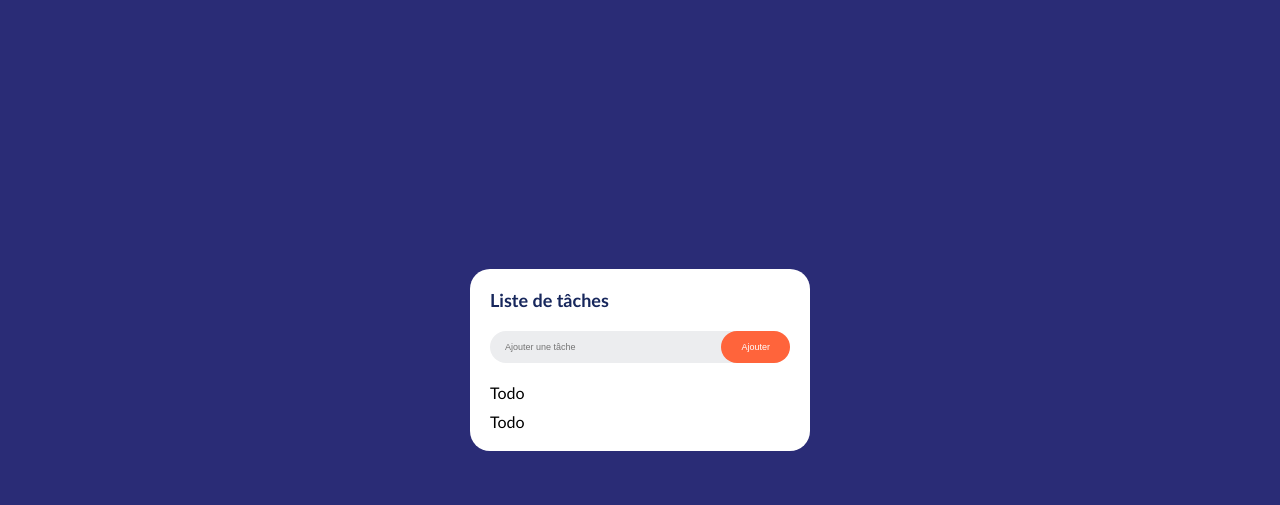
Repository: ndiemenguer/convertisseur
Page: / (app in todo-isep/)
These files come from the project's save history. The page is drawn as it stood at one moment and after the next save; the edit follows.
The browser window is 1280 px wide. The pictures show the whole page.
The project was rebuilt for these pictures with package versions that can differ from the ones it lists, and the page was loaded fresh each time. Also part of the build but not shown: todo-isep/vite.config.js, todo-isep/src/Application.jsx, todo-isep/src/index.css.

Above is the page before, as saved 2023-05-06 12:52:45.

After the next save:
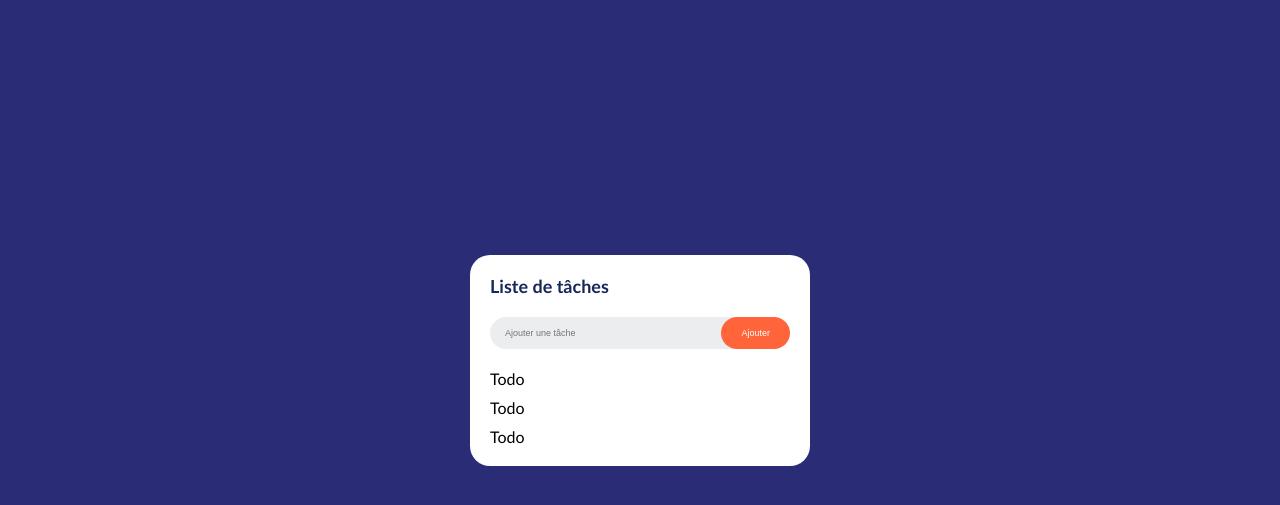
Saved 49 s later.
--- a/todo-isep/src/App.jsx
+++ b/todo-isep/src/App.jsx
@@ -5,6 +5,7 @@ import TodoList from "./components/TodoList";
 function App() {
   const [todos, setTodos] = useState([
     { id: 1, name: "Todo1", complete: false },
+    { id: 2, name: "Todo2", complete: false },
     { id: 2, name: "Todo2", complete: false },
   ]);
 
